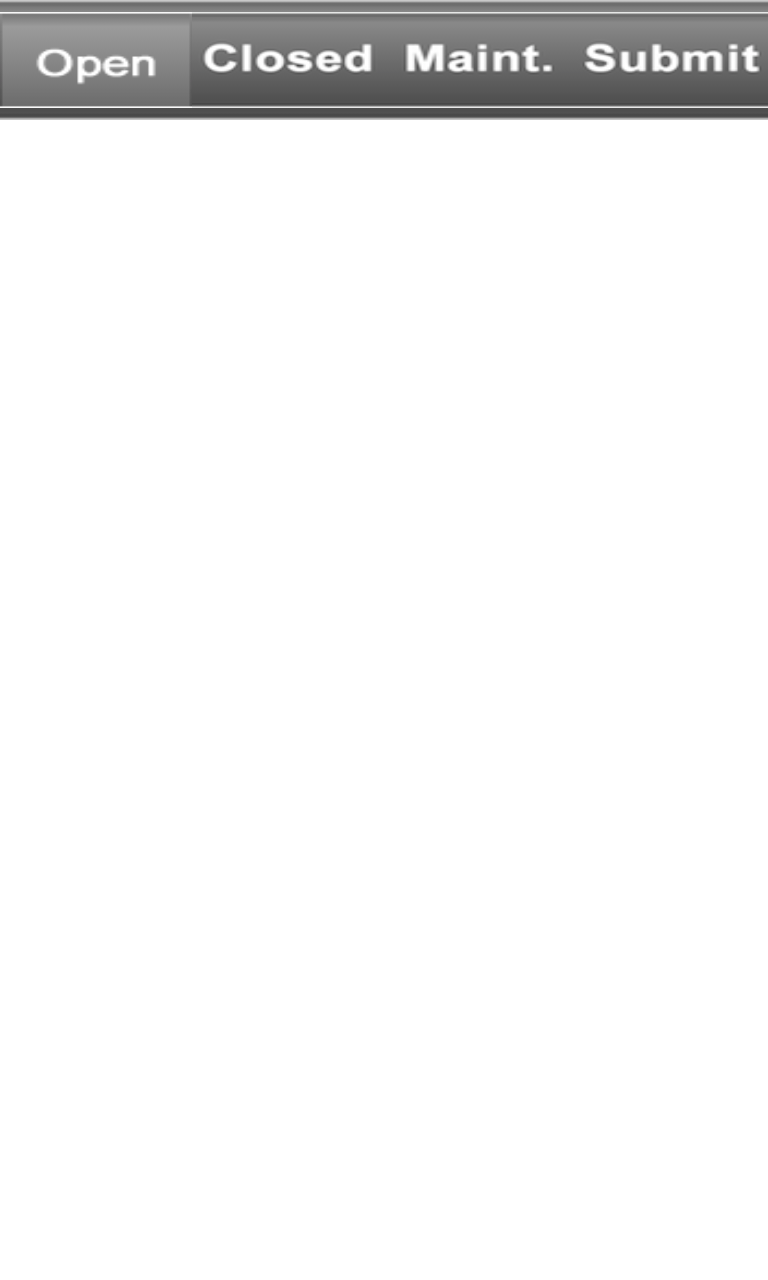
Repository: Pradeep-appstute/First
Layout: Control/res/layout/fragment_tickets.xml
The author's editor kept a copy of each file at every save. The layout is drawn from the files as they stood at one save, then again after the next save.
It is drawn on a 768 x 1280 px phone screen (xhdpi) without system bars, with theme AppTheme; the app's code is not run. Lists and similar views that code fills are empty.

Above is the layout before, as saved 2014-02-11 14:25:10.

After the next save:
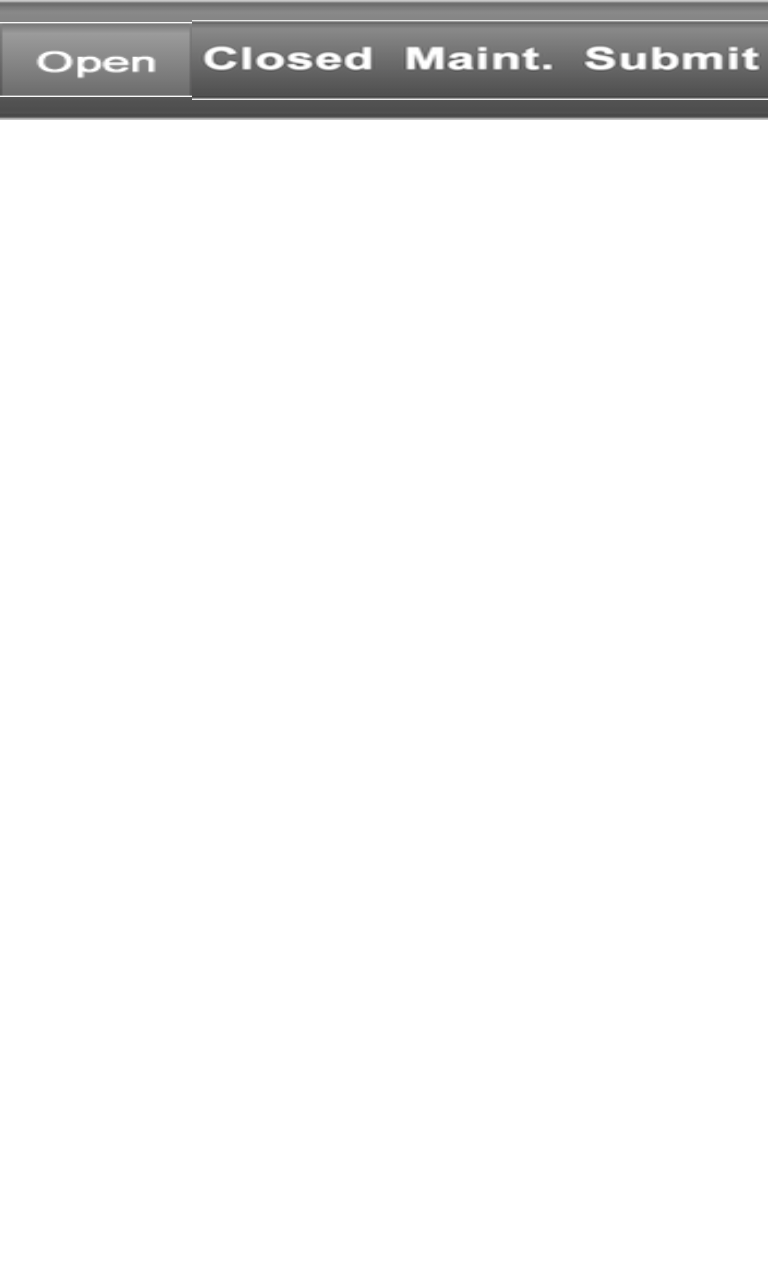
Saved 2 min 12 s later.
--- a/Control/res/layout/fragment_tickets.xml
+++ b/Control/res/layout/fragment_tickets.xml
@@ -20,39 +20,39 @@
             android:background="@drawable/img_tickettypebg"
          >
 
-        <Button
+        <ImageButton
             android:id="@+id/open"
             android:layout_width="match_parent"
             android:layout_height="wrap_content"
             android:layout_weight="1"
             android:background="@drawable/button_open"
             >
-        </Button>
+        </ImageButton>
 
-        <Button
+        <ImageButton
             android:id="@+id/closed"
             android:layout_width="fill_parent"
             android:layout_height="wrap_content"
             android:layout_weight="1"
             android:background="@drawable/button_closed"
             >
-        </Button>
+        </ImageButton>
 
-        <Button
+        <ImageButton
             android:id="@+id/maint"
             android:layout_width="fill_parent"
             android:layout_height="wrap_content"
             android:layout_weight="1"
             android:background="@drawable/button_maint" >
-        </Button>
+        </ImageButton>
 
-        <Button
+        <ImageButton
             android:id="@+id/submit"
             android:layout_width="fill_parent"
             android:layout_height="wrap_content"
             android:layout_weight="1"
            android:background="@drawable/button_submit">
-        </Button>
+        </ImageButton>
     </LinearLayout>
 
 </LinearLayout>
